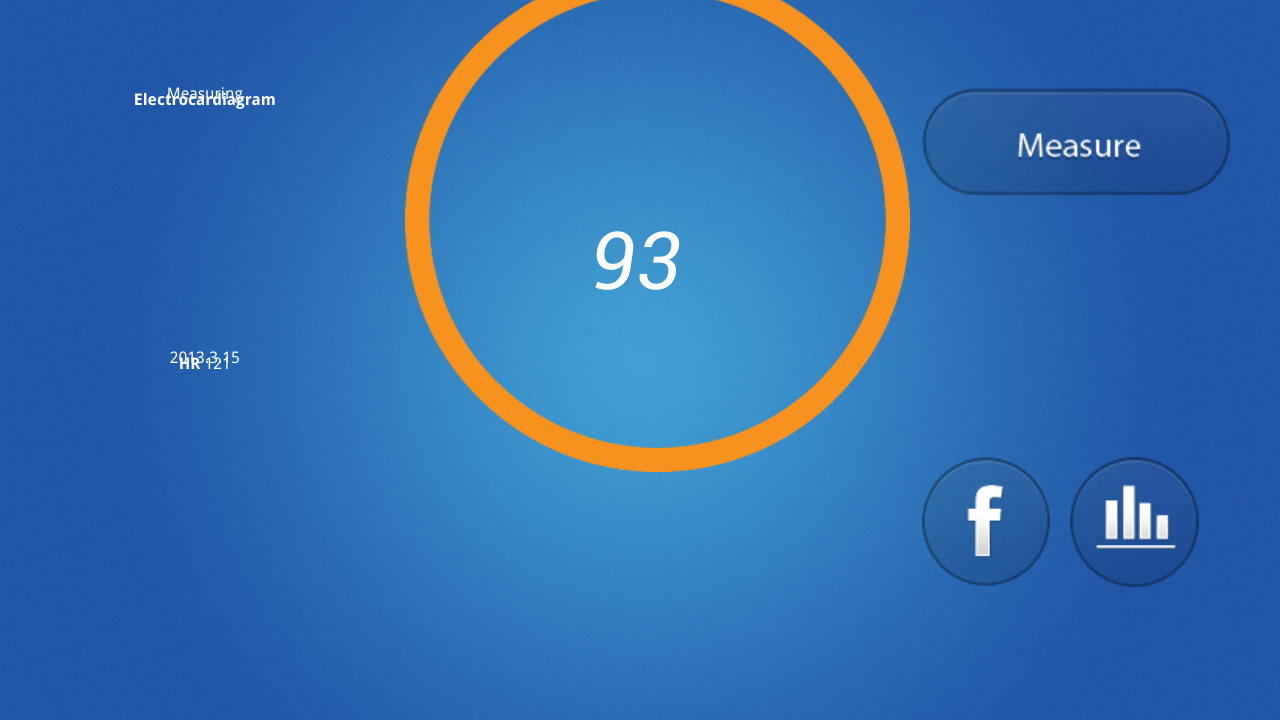
Repository: chouwill79131/IEcontest
Page: BluetoothChat/assets/complete.html
These files come from the project's save history. The page is drawn as it stood at one moment and after the next save; the edit follows.
The browser window is 1280 px wide. The pictures show the whole page.

Above is the page before, as saved 2013-03-08 18:49:26.
Console error: TypeError: Cannot set properties of null (setting 'innerHTML')

After the next save:
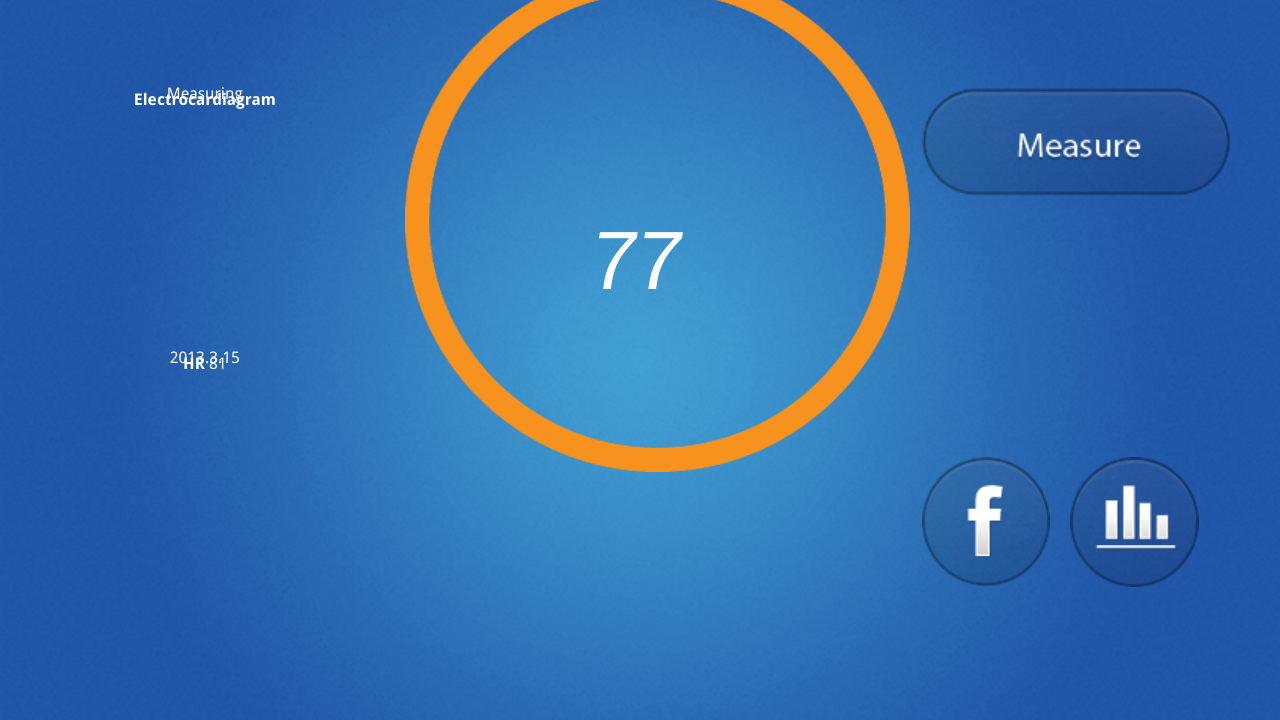
Saved 52 s later.
--- a/BluetoothChat/assets/complete.html
+++ b/BluetoothChat/assets/complete.html
@@ -14,14 +14,14 @@
 				<div class="word">Electrocardiagram</div><br />
 				<div class="subword">Measuring</div><br />
 
-				<div class="hr">HR <span id="hr">121</span></div><br />
+				<div class="hr">HR <span id="hr">81</span></div><br />
 				<div class="date">2013.3.15</div>
 			</div>
 
 		</div>
 
 		<div class="mid">
-			<div class="score">93</div>
+			<div class="score">77</div>
 			<img class="circle" src="button/circle.png" />
 		</div>
 
